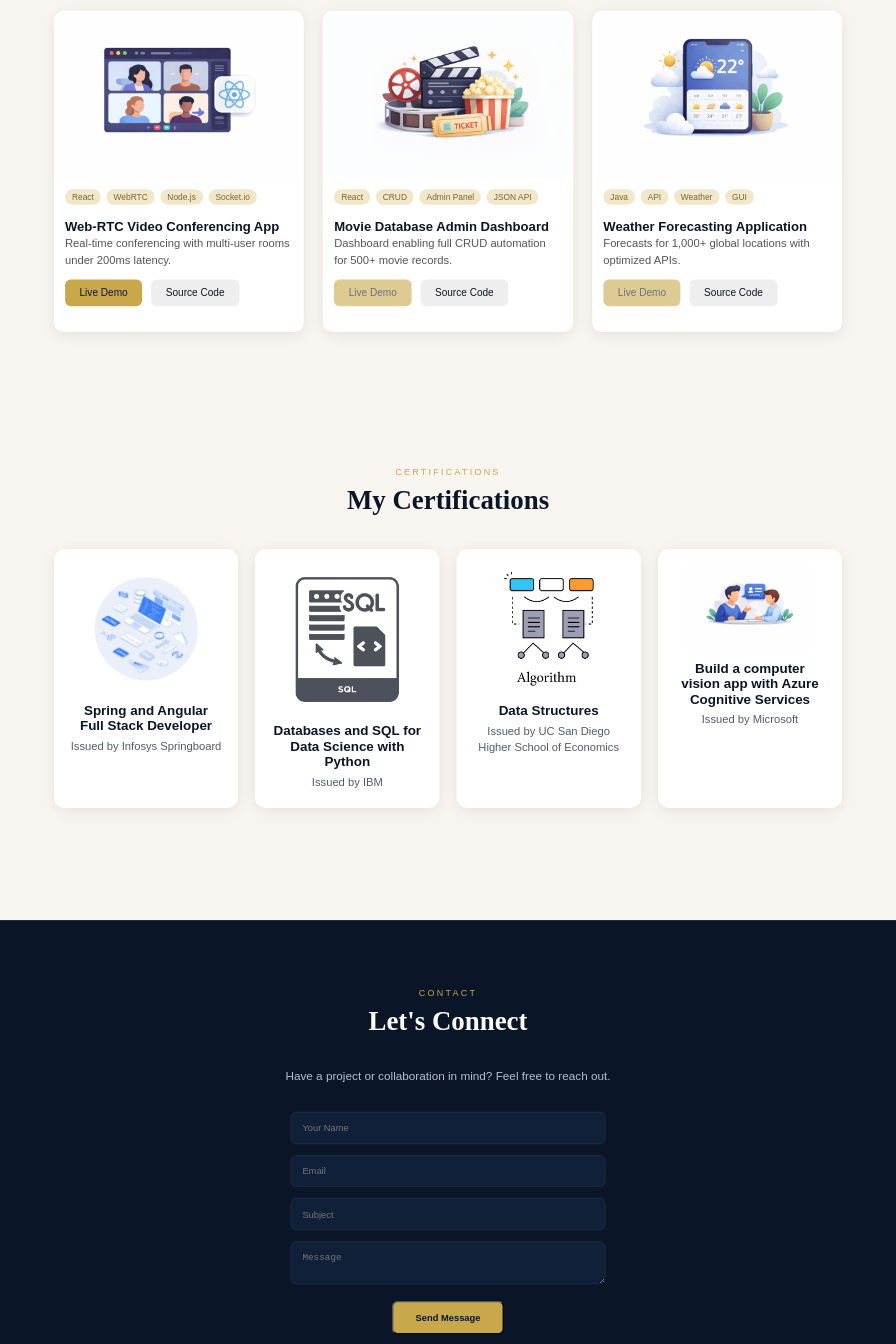
Repository: priyanshuanand12022/My-Portfolio
Page: /
An editor plug-in stored every save of this project. The page is shown before and after a run of saves, followed by the edit.
The browser window is 1280 px wide. The pictures show the part of the page from y = 1349 to 3269 px (the page is 3426 px tall), at 70% of full size.
The project was rebuilt for these pictures with package versions that can differ from the ones it lists, and the page was loaded fresh each time. Also part of the build but not shown: vite.config.js.

Above is the page before, as saved 2026-02-28 22:30:18.

After the next 2 saves:
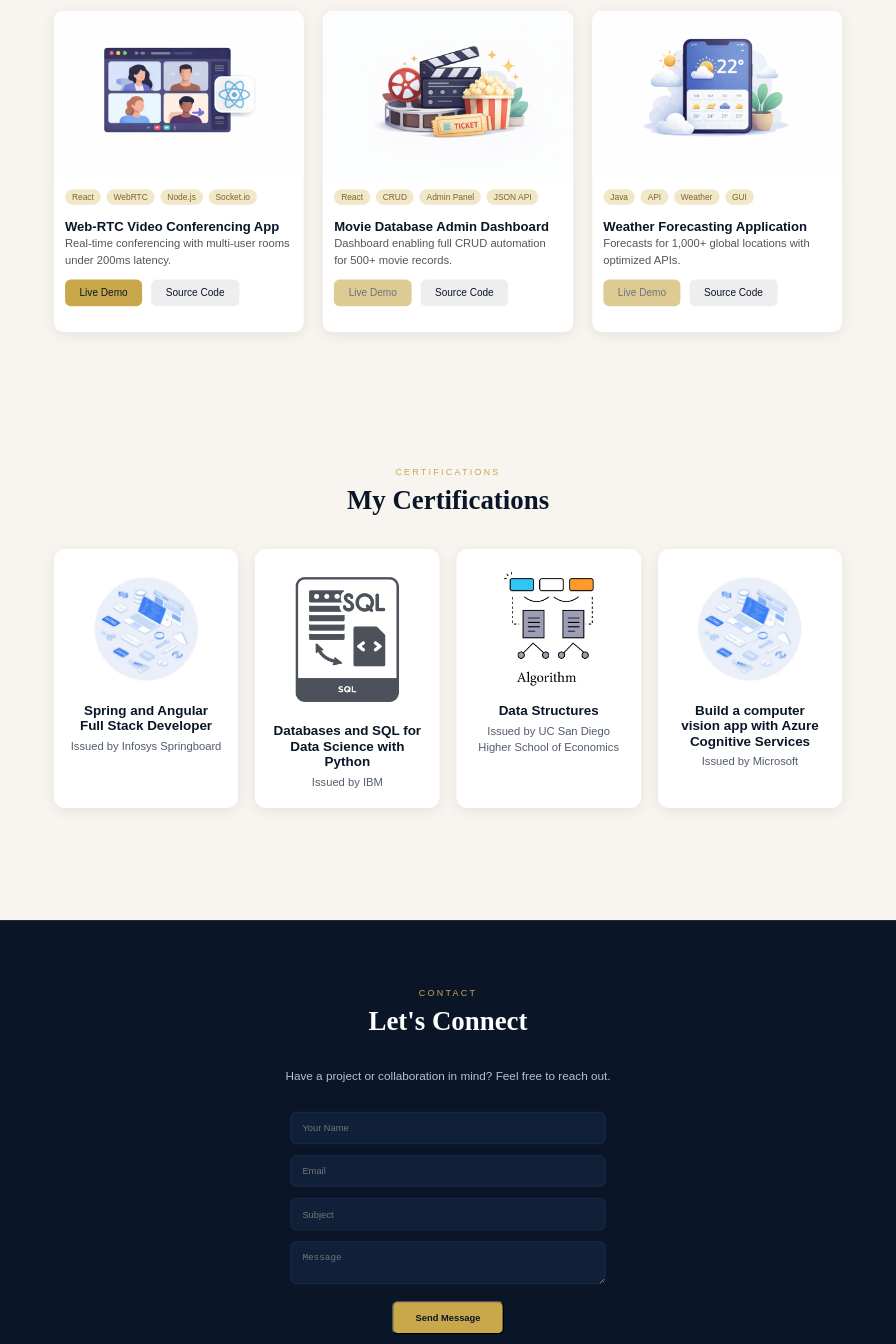
The 2 saves are shown as one change because they came seconds apart.
The last was saved 14 s later.
--- a/src/Portfolio.jsx
+++ b/src/Portfolio.jsx
@@ -243,7 +243,7 @@ export default function Portfolio() {
       onClick={() => window.open("/certificates/cert4.pdf", "_blank")}
       style={{ cursor: "pointer" }}
     >
-      <img src={teamImg} alt="Cert 4" className="skill-img" />
+      <img src="/cert-images/spring-angular.png" className="skill-img" />
       <h3>Build a computer vision app with Azure Cognitive Services</h3>
       <p>Issued by Microsoft</p>
     </div>
